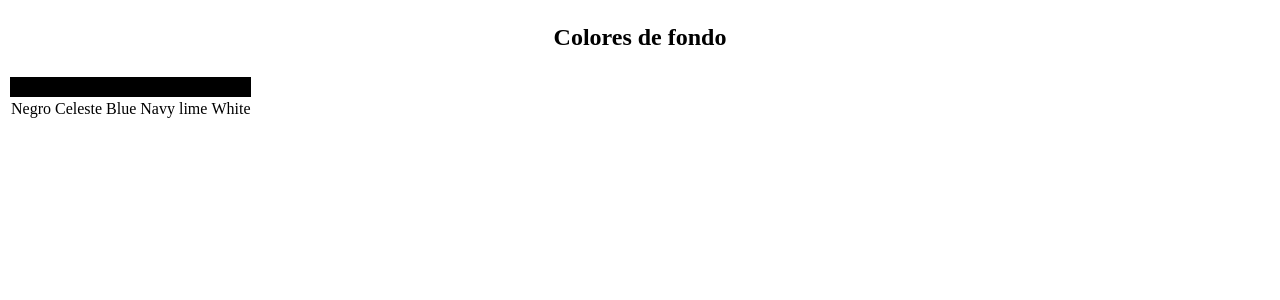
Repository: ThePerez/ArgProg
Page: Practicas ArgProg/Practica 3/Ejercicio 5/index.html
The author's editor kept a copy of each file at every save. The page is drawn from the files as they stood at one save, then again after a run of saves.
The browser window is 1280 px wide. The pictures show the whole page.

Above is the page before, as saved 2023-03-14 11:55:33.

After the next 2 saves:
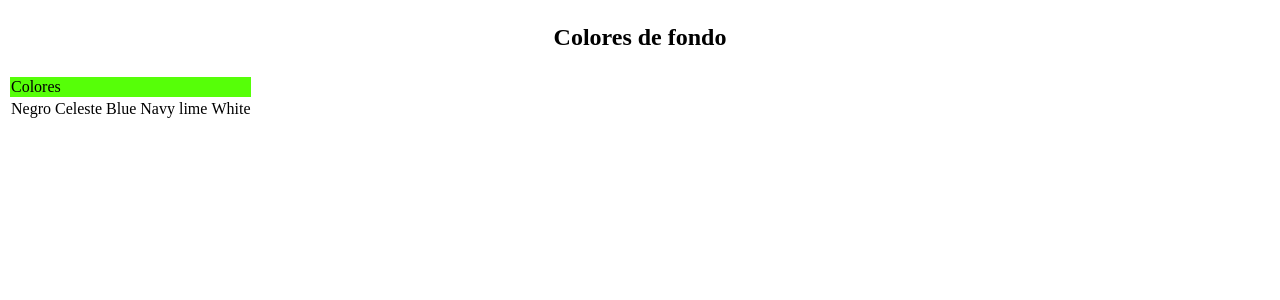
The 2 saves are shown as one change because they came seconds apart.
The last was saved 11 s later.
--- a/Practicas ArgProg/Practica 3/Ejercicio 5/styles.css
+++ b/Practicas ArgProg/Practica 3/Ejercicio 5/styles.css
@@ -5,5 +5,5 @@
 }
 
 #colores{
-     background-color: black;
+     background-color: rgb(86, 255, 8);
 }
